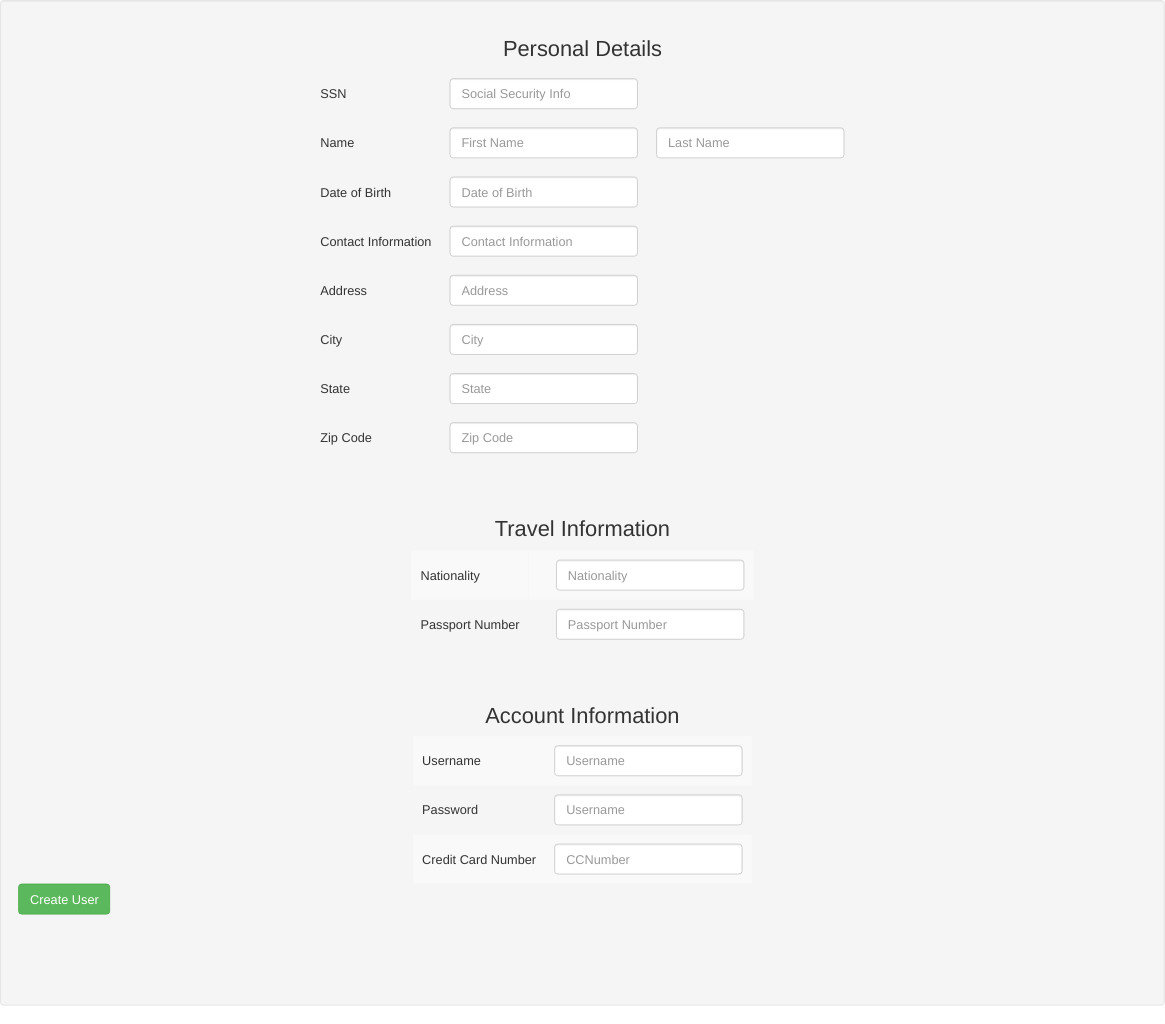
Repository: harshadrane89/CMPE273-WebService-AirlineManagement
Page: http://localhost/AirlineManagementSystemClient/TwitterGUI/NewCustomer.jsp
An editor plug-in stored every save of this project. The page is shown before and after the next save, followed by the edit.
The browser window is 1280 px wide. The pictures show the whole page, at 91% of full size.
The page is served by Tomcat 9.

Above is the page before, as saved 2013-12-06 10:40:43.

After the next save:
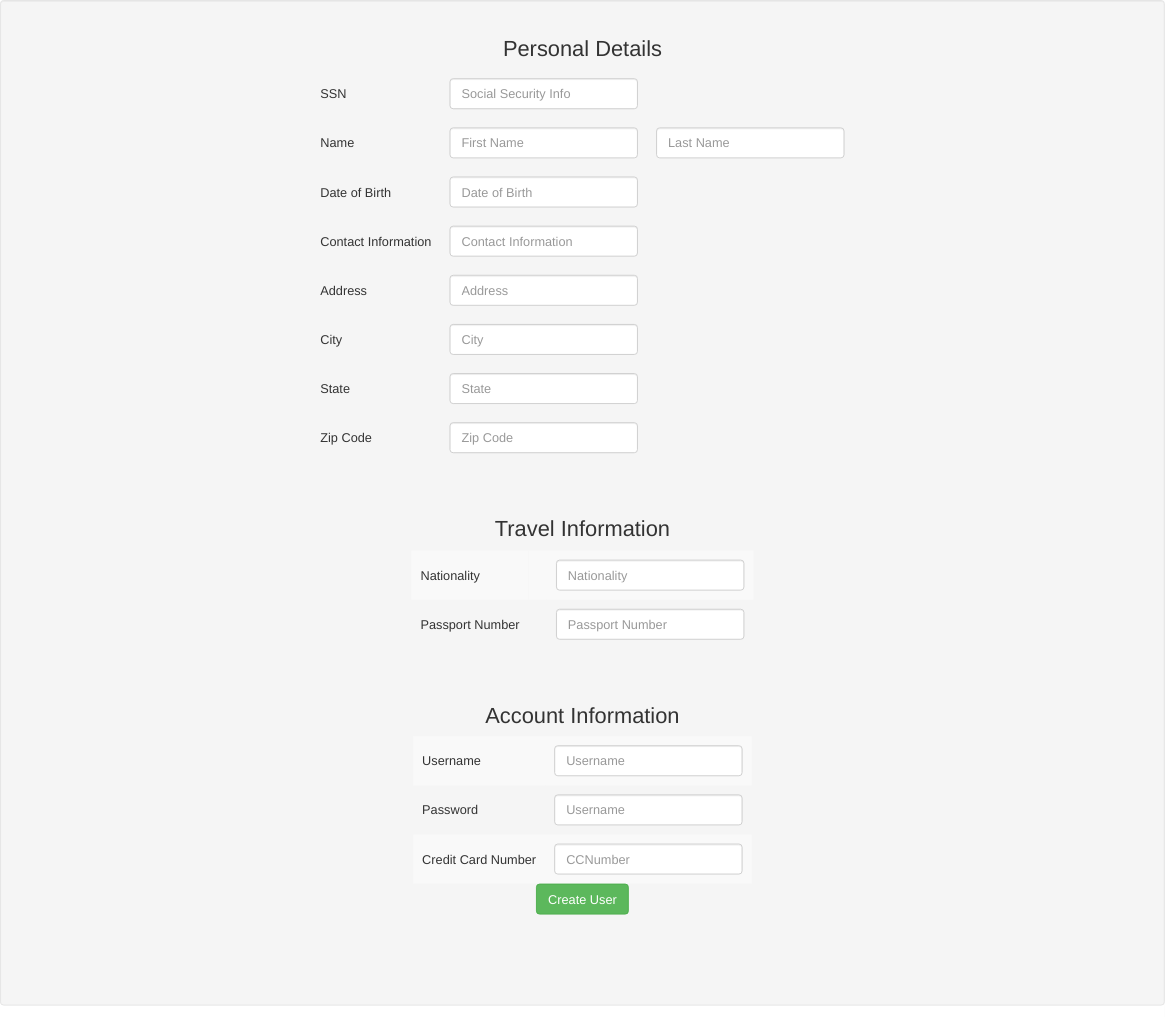
Saved 7 s later.
--- a/273_Project_Tomcat/AirlineManagementSystemClient/WebContent/TwitterGUI/NewCustomer.jsp
+++ b/273_Project_Tomcat/AirlineManagementSystemClient/WebContent/TwitterGUI/NewCustomer.jsp
@@ -137,7 +137,7 @@
 						class="form-control"></td>
 				</tr>
 			</table>
-		</center>
+
 
 
 <input type="submit" class="btn btn-success" value="Create User">
@@ -147,6 +147,7 @@
 <br>
 <br>
 <br>
+</center>
 </form>
 
 </body>
